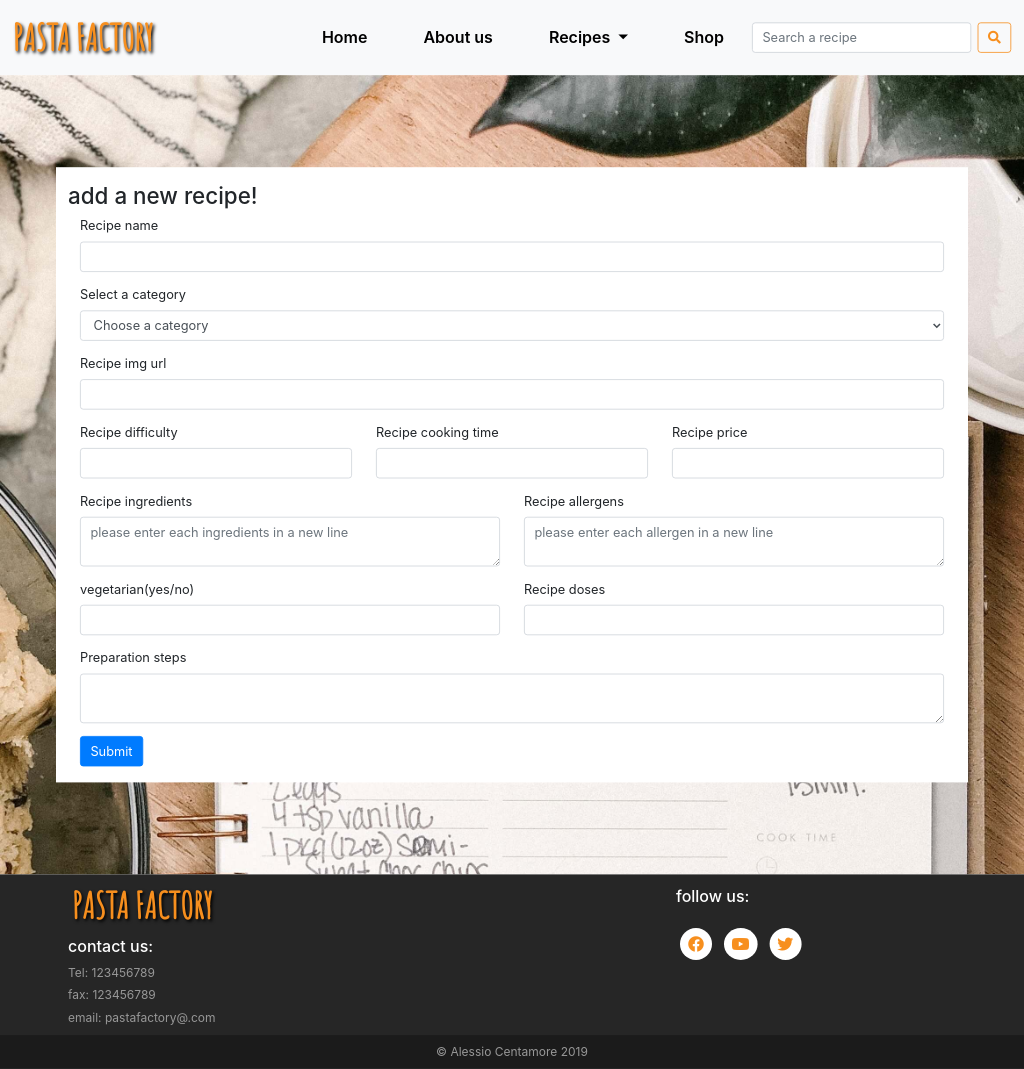
Repository: Baal89/recipe-app
Page: http://localhost/add_recipe
The author's editor kept a record of every edit. The page is drawn from the files as they stood at one moment, then again after the next edit.
The browser window is 1280 px wide. The pictures show the whole page, at 80% of full size.
Backgrounds fixed to the window are drawn as part of the page. Some web libraries are served in a nearby version. The page is served by the project's application, run on Flask 3 (app.py). Queries for data that is not in the repository find no rows.

Above is the page before.

### templates/addrecipes.html
 {% extends 'base.html' %} {% block content %}

<!-- bootstrap form-->

<section class="recipe-container">
    <div class="container recipe-page">
        <h3> add a new recipe!</h3>
        <form action="{{ url_for('insert_recipe') }}" method="POST" class="col-12">
            <div class="row">
                <div class="form-group col-12">
                    <label>Recipe name</label>
                    <input type="text" class="form-control" name="recipe_name" id="recipe_name" required>
                </div>
            </div>
            <div class="row">
                <div class="form-group col-12">
                    <label for="exampleFormControlSelect1">Select a category</label>
                    <select class="form-control" id="category" name="category_name">
                     <option disabled selected>Choose a category</option>
                     {% for cat in categories %}
                         <option value="{{cat.category_name}}">{{cat.category_name}}</option>
                     {% endfor %}
                </select>
                </div>
            </div>
            <div class="row">
                <div class="form-group col-12">
                    <label>Recipe img url</label>
                    <input type="text" class="form-control" name="recipe_img" id="recipe_img" required>
                </div>
            </div>
            <div class="row">
                <div class="form-group col-md-4 col-12">
                    <label>Recipe difficulty</label>
                    <input type="text" class="form-control" name="recipe_difficulty" id="recipe_difficulty" required>
                </div>
                <div class="form-group col-md-4 col-12">
                    <label>Recipe cooking time </label>
                    <input type="text" class="form-control" name="recipe_cooking_time" id="recipe_cooking_time" required>
                </div>
                <div class="form-group col-md-4 col-12">
                    <label>Recipe price</label>
                    <input type="text" class="form-control" name="recipe_price" id="recipe_price" required>
                </div>
            </div>
            <div class="row">
                <div class="form-group col-md-6 col-12">
                    <label>Recipe ingredients</label>
                    <textarea type="textarea" class="form-control" name="recipe_ingredients" id="recipe_ingredients" placeholder="please enter each ingredients in a new line" required></textarea>
                </div>
                <div class="form-group col-md-6 col-12">
                    <label>Recipe allergens</label>
                    <textarea type="textarea" class="form-control" name="recipe_allergens" id="recipe_allergens" placeholder="please enter each allergen in a new line" required></textarea>
                </div>
            </div>
            <div class="row">
                <div class="form-group col-md-6 col-12">
                    <label>vegetarian(yes/no)</label>
                    <input type="text" class="form-control" name="recipe_vegetarian" id="recipe_vegetarian" required>
                </div>
                <div class="form-group col-md-6 col-12">
                    <label>Recipe doses</label>
                    <input type="text" class="form-control" name="recipe_doses" id="recipe_doses" required>
                </div>
            </div>
            <div class="row">
                <div class="form-group col-12">
                    <label>Preparation steps</label>
                    <textarea type="textarea" class="form-control" name="recipe_preparation_steps" id="recipe_preparation_steps" required></textarea>
                </div>
            </div>
            <button type="submit" class="btn btn-primary">Submit</button>
        </form>
    </div>
</section>
{% endblock %}

### templates/base.html
<!DOCTYPE html>
<html lang="en">

<head>
    <meta charset="utf-8">
    <meta name="viewport" content="width=device-width, initial-scale=1, shrink-to-fit=no">
    <link href="https://fonts.googleapis.com/css?family=Amatic+SC&display=swap" rel="stylesheet">
    <link rel="stylesheet" href="https://use.fontawesome.com/releases/v5.8.2/css/all.css" integrity="sha384-oS3vJWv+0UjzBfQzYUhtDYW+Pj2yciDJxpsK1OYPAYjqT085Qq/1cq5FLXAZQ7Ay" crossorigin="anonymous" type="text/css">
    <link href="https://stackpath.bootstrapcdn.com/bootstrap/4.4.1/css/bootstrap.min.css" rel="stylesheet" integrity="sha384-Vkoo8x4CGsO3+Hhxv8T/Q5PaXtkKtu6ug5TOeNV6gBiFeWPGFN9MuhOf23Q9Ifjh" crossorigin="anonymous">
    <link rel="stylesheet" href="{{url_for('static', filename='css/style.css') }}" type="text/css">
    <title>Pasta Factory</title>
</head>

<body>
    <header class="main-header sticky-top">
        <!-- bootsrap navbar -->
        <nav class="navbar navbar-expand-lg navbar-light bg-light">
            <a class="navbar-brand" href="{{ url_for('index') }}"><strong>Pasta Factory</strong></a>
            <button class="navbar-toggler" type="button" data-toggle="collapse" data-target="#navbarNav" aria-controls="navbarNav" aria-expanded="false" aria-label="Toggle navigation">
                <span class="navbar-toggler-icon"></span>
            </button>
            <div class="collapse navbar-collapse justify-content-end" id="navbarNav">
                <ul class="navbar-nav">
                    <li class="nav-item">
                        <a class="nav-link" href="{{url_for('index') }}">Home <span class="sr-only">(current)</span></a>
                    </li>
                    <li class="nav-item">
                        <a class="nav-link" href="{{url_for('about') }}">About us</a>
                    </li>
                    <li class="nav-item dropdown">
                            <a class="nav-link dropdown-toggle" href="#" id="navbarDropdown" role="button" data-toggle="dropdown" aria-haspopup="true" aria-expanded="false">
                              Recipes
                            </a>
                            <div class="dropdown-menu" aria-labelledby="navbarDropdown">
                            <a class="dropdown-item" href="{{url_for('get_recipes') }}">See recipes</a>
                            <a class="dropdown-item" href="{{url_for('add_recipe') }}">Add a recipe</a>
                        </div>
                    </li>
                    <li class="nav-item">
                        <a class="nav-link" href="{{url_for('shop') }}">Shop</a>
                    </li>
                </ul>
                <!--bootstrap search form ----->
                <form class="form-inline search">
                    <input class="form-control mr-sm-2" type="search" placeholder="Search a recipe" aria-label="Search">
                    <button class="btn btn-outline my-2 my-sm-0" type="submit"><i class="fas fa-search"></i></button>
                </form>
            </div>
        </nav>
    </header>

    {% block content %} {% endblock %}

    <footer>
        <div class="container">
            <div class="row">
                <div class="col-md-8 col-12">
                    <a class="navbar-brand" href="{{ url_for('index') }}"><strong>Pasta Factory</strong></a>
                    <h5 class="details-header">contact us:</h5>
                    <p>Tel: 123456789</p>
                    <p>fax: 123456789</p>
                    <p>email: pastafactory@.com</p>
                </div>
                <div class="col-md-4 col-12 social-media">
                    <h5>follow us:</h5>
                    <a href="#">
                        <i class="fab fa-facebook"></i>
                    </a>
                    <a href="#">
                        <i class="fab fa-youtube"></i>
                    </a>
                    <a href="#">
                        <i class="fab fa-twitter"></i>
                    </a>
                </div>
            </div>
        </div>
        <div class="container-fluid">
            <div class="row">
                <div class="col-12 px-0">
                    <p class="text-center credit">&copy; Alessio Centamore 2019</p>
                </div>
            </div>
        </div>
    </footer>

    <script src="https://code.jquery.com/jquery-3.4.1.slim.min.js" integrity="sha384-J6qa4849blE2+poT4WnyKhv5vZF5SrPo0iEjwBvKU7imGFAV0wwj1yYfoRSJoZ+n" crossorigin="anonymous"></script>
    <script src="https://cdn.jsdelivr.net/npm/popper.js@1.16.0/dist/umd/popper.min.js" integrity="sha384-Q6E9RHvbIyZFJoft+2mJbHaEWldlvI9IOYy5n3zV9zzTtmI3UksdQRVvoxMfooAo" crossorigin="anonymous"></script>
    <script src="https://stackpath.bootstrapcdn.com/bootstrap/4.4.1/js/bootstrap.min.js" integrity="sha384-wfSDF2E50Y2D1uUdj0O3uMBJnjuUD4Ih7YwaYd1iqfktj0Uod8GCExl3Og8ifwB6" crossorigin="anonymous"></script>
</body>


</html>

### app.py
import os
from flask import Flask, render_template, redirect, request, url_for
from flask_pymongo import PyMongo
from bson.objectid import ObjectId

app = Flask(__name__)

app.config["MONGO_DBNAME"] = "recipes_app"
app.config["MONGO_URI"] = os.environ.get("MONGO_URI")

mongo = PyMongo(app)

@app.route("/")
def index():
    return render_template("index.html")

@app.route("/get_recipes")
def get_recipes():
    return render_template("recipes.html", recipes = mongo.db.recipes.find().sort("category_name", -1))

app.route("/search")
def search(recipe_name,):
    mongo.db.recipes.find({"$text": {"$search": recipe_name}}).limit(10)
    return render_template("recipes.html")

@app.route("/add_recipe")
def add_recipe():
    return render_template("addrecipes.html", categories=mongo.db.categories.find())

# Add Recipe - Insert Recipe Function
@app.route("/insert_recipe", methods=["POST"])
def insert_recipe():

    ingredients = request.form.get("recipe_ingredients").splitlines()
    allergens = request.form.get("recipe_allergens").splitlines()


    # Recipe JSON object
    submission = {
        "recipe_name": request.form.get("recipe_name"),
        "category_name": request.form.get("category_name"),
        "recipe_img": request.form.get("recipe_img"),
        "recipe_difficulty": request.form.get("recipe_difficulty"),
        "recipe_ingredients": ingredients,
        "recipe_allergens": allergens,
        "recipe_cooking_time": request.form.get("recipe_cooking_time"),
        "recipe_price": request.form.get("recipe_price"),
        "recipe_vegetarian": request.form.get("recipe_vegetarian"),
        "recipe_doses": request.form.get("recipe_doses"),
        "recipe_preparation_steps": request.form.get("recipe_preparation_steps"),
    }

    recipes = mongo.db.recipes
    recipes.insert_one(submission)
    return redirect(url_for("get_recipes"))


# edit recipe - edit recipe function
@app.route("/edit_recipe/<recipe_id>")
def edit_recipe(recipe_id):
    the_recipe = mongo.db.recipes.find_one({"_id" : ObjectId(recipe_id) })
    all_recipes = mongo.db.categories.find()

    return render_template("editrecipes.html", recipes = the_recipe, categories = all_recipes)

 #update recipe - update recipe function
@app.route('/update_recipe/<recipe_id>', methods=["POST"])
def update_recipe(recipe_id):
    recipes = mongo.db.recipes

    ingredients = request.form.get("recipe_ingredients").splitlines()
    allergens = request.form.get("recipe_allergens").splitlines()


    recipes.update( {'_id': ObjectId(recipe_id)},


    {
        "recipe_name": request.form.get("recipe_name"),
        "category_name": request.form.get("category_name"),
        "recipe_img": request.form.get("recipe_img"),
        "recipe_difficulty": request.form.get("recipe_difficulty"),
        "recipe_ingredients": ingredients,
        "recipe_allergens": allergens,
        "recipe_cooking_time": request.form.get("recipe_cooking_time"),
        "recipe_price": request.form.get("recipe_price"),
        "recipe_vegetarian": request.form.get("recipe_vegetarian"),
        "recipe_doses": request.form.get("recipe_doses"),
        "recipe_preparation_steps": request.form.get("recipe_preparation_steps"),
    })
    return redirect("/get_recipes")

@app.route('/delete_recipe/<recipe_id>')
def delete_recipe(recipe_id):
    mongo.db.recipes.remove({'_id': ObjectId(recipe_id)})
    return redirect(url_for('get_recipes'))

@app.route('/about')
def about():
    return render_template('about-us.html')

@app.route('/shop')
def shop():
    return render_template('shop.html')

if __name__=="__main__":
    app.run(host=os.environ.get("IP"),
        port=int(os.environ.get("PORT")),
        debug=True)

### static/css/style.css
/*------------------------------------------------------------ navbar */

.navbar-light .navbar-nav .nav-link {
    font-size: 20px;
    font-weight: 600;
    padding: 0 15px;
    display: block;
    color: black;
    transition: color 0.2s ease-in-out;
    margin: 20px;
}


.navbar-light .navbar-nav .nav-link:hover {
    color: #f78f1e;
}

.navbar-light .navbar-brand {
    color: #f78f1e;
    font-weight: 400;
    text-transform: uppercase;
    text-shadow: 2px 2px 4px #000000;
    font-size: 45px;
    font-family: 'Amatic SC', cursive;
}

.navbar-light .navbar-brand:hover {
    color: #f78f1e;
}

.bg-light .btn {
    color: #f78f1e;
    border: 1px solid #f78f1e;
}

.bg-light .btn:hover {
    color: black;
    border: 1px solid black;
}

@media only screen and (max-width: 600px) {
    .navbar-light .navbar-brand {
        font-size: 30px;
    }
}

@media only screen and (max-width: 1024px) {
    .bg-light .btn {
        display: none;
    }
}

/*-------------------------------------------------------index.html */

/*---------------------------------------------carousel */

.d-md-block {
    text-transform: uppercase;
    padding: 1em;
    position: absolute;
    top: 60%;
    left: 50%;
    margin-right: -50%;
    transform: translate(-50%, -50%);
}

.d-md-block p {
    font-size: 35px;
    text-shadow: 2px 2px #000000;
}

.d-md-block .nav-button {
    border: none;
    color: white;
    background-color: #f78f1e;
    padding: 15px 24px;
    text-align: center;
    text-decoration: none;
    display: inline-block;
    font-size: 16px;
    font-weight: bold;
    transition: color 0.2s ease-in-out;
}

.d-md-block .nav-button:hover {
    color: black;
}

/*-----------------------------------article description*/

.description {
    margin: 70px 0;
    padding: 100px 0;
    background-image: url("../assets/img/tools.jpg");
    background-position: center center;
    background-repeat: no-repeat;
    background-size: cover;
    color: black;
}

.title {
    text-decoration: underline #f78f1e;
    text-transform: uppercase;
    margin-bottom: 30px;
}

.description p {
    font-size: 20px;
    font-weight: 600;
}

@media only screen and (max-width: 768px) {
    .description {
        padding: 20px 0;
    }
}

/*---------------------------------------------cards*/

.card {
    padding: 0;
}

.cards p {
    font-size: 18px;
}

.cards-header {
    margin-bottom: 50px;
    padding-bottom: 50px;
    text-transform: uppercase;
}

.nav-button-cards {
    margin-top: 30px;
    border: 1px solid #f78f1e;
    color: black;
    background-color: white;
    padding: 15px 24px;
    text-align: center;
    text-decoration: none;
    display: inline-block;
    font-size: 16px;
    font-weight: bold;
    transition: background-color 0.2s ease-in-out;
}

.nav-button-cards:hover {
    background-color: #f78f1e;
    color: white;
}


/*-------------------------------------------recipe book*/

.book {
    margin: 30px auto;
    padding: 50px 0;
    width: 50%;
}

.recipe-book {
    margin: 100px auto 25px;
}

recipe-book-header {
    text-transform: uppercase;
}

.recipe-book p {
    font-size: 18px;
}

@media only screen and (max-width: 768px) {
    .book {
        width: 75%;
    }
}

/*----------------------------------------------------------------recipes.html*/

.recipe-container {
    background-image: url("../assets/img/recipe-page.jpg");
    background-position: center;
    background-repeat: no-repeat;
    background-size: cover;
    background-attachment: fixed;
    padding: 75px 15px;
}

.recipe-page {
    background-color: white;
    margin: 40px auto;
    padding: 20px 15px;
}

.recipe-name {
    font-family: 'Amatic SC', cursive;
    font-size: 50px;
}

.recipe-img {
    margin: 35px auto;
}


.recipe-details {
    margin: 100px 0;
}

.recipe-button {
    font-size: 16px;
    margin: 15px 0;
}

.icon {
    width: 8%;
    padding-right: 5px;
}

.ingredients-header {
    font-family: 'Amatic SC', cursive;
    font-size: 40px;
    color: #f78f1e;
}

.recipe-composition {
    display: inline-block;
    text-align: left;
    list-style: none;
}

.recipe-composition li::before {
    content: "\2022";
    color: #f78f1e;
    font-weight: 800;
    display: inline-block;
    width: 1em;
    margin-left: -1em;
}


@media only screen and (max-width: 600px) {
    .recipe-details {
        margin: 25px 0;
        text-align: center;

    }
}

/*-----------------------------------------------------addrecipe.html and editrecipe.html*/

.form-header {
    text-align: center;
    font-family: 'Amatic SC', cursive;
    color: #f78f1e;
    font-size: 50px;
}

.form-page {
    background-color: white;
    margin: 55px auto;
    padding: 35px 0;
}

/*----------------------------------------------------------------footer*/

footer {
    background-color: #262626;
    color: white;
}

footer a {
    padding: 0 5px;
    text-decoration: none;
}

footer i {
    margin-top: 20px;
    font-size: 20px;
    color: #f78f1e;
    background-color: white;
    transition: color 0.2s ease-in-out;
    border-radius: 100%;
    padding: 10px;
}

footer i:hover {
    color: black;
    text-decoration: none;
}


footer p {
    font-size: 15px;
    line-height: 12px;
    color: #989898;
}

.details-header {
    margin-bottom: 15px;
}

.navbar-brand {
    color: #f78f1e;
    font-weight: 400;
    text-transform: uppercase;
    text-shadow: 2px 2px 4px #000000;
    font-size: 45px;
    font-family: 'Amatic SC', cursive;
}

.navbar-brand:hover {
    color: #f78f1e;
}

.social-media {
    margin: 15px auto;
}

.credit {
    background-color: #1b1b1b;
    padding: 15px 0;
    margin: 0;
}

After the next edit:
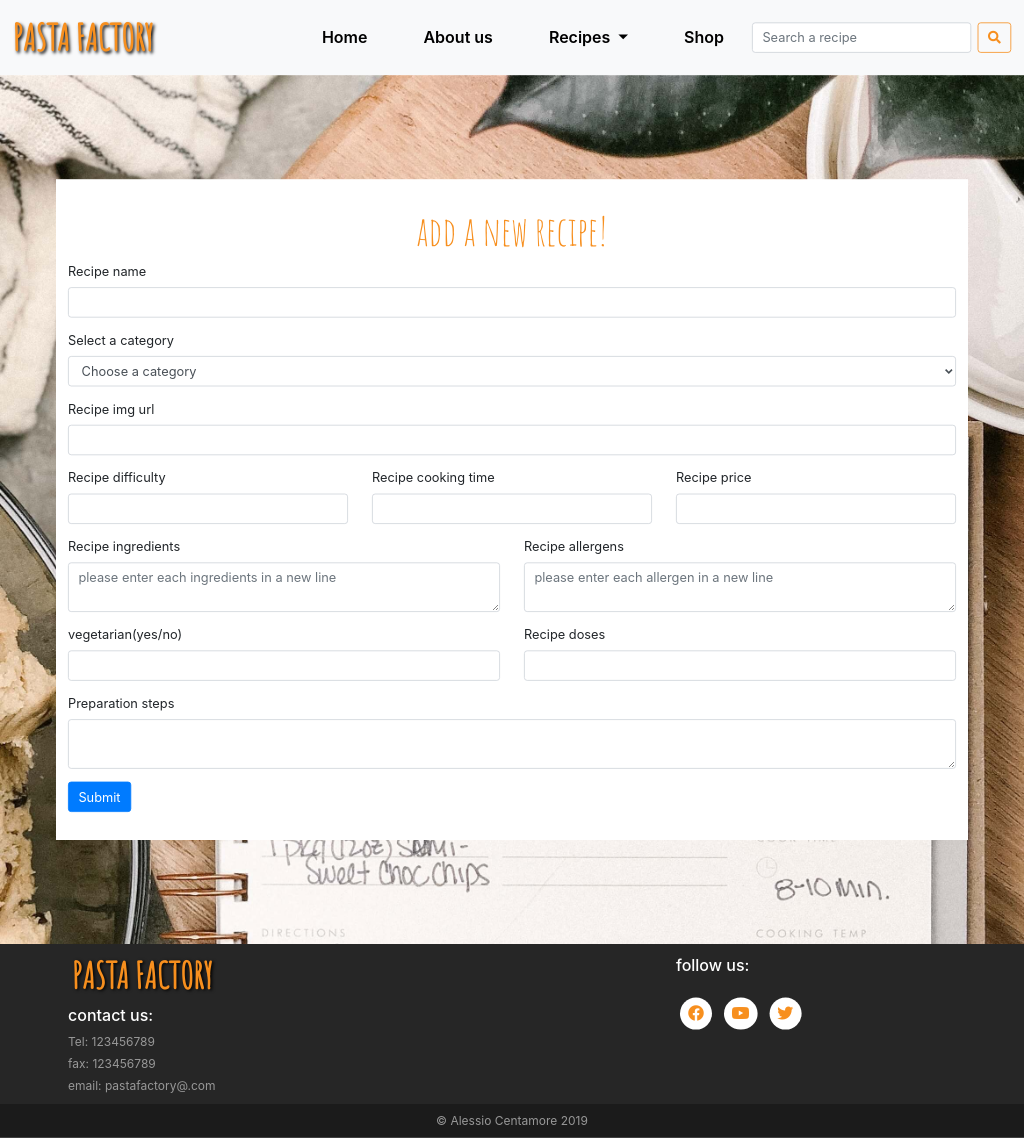
The edit:
--- a/templates/addrecipes.html
+++ b/templates/addrecipes.html
@@ -3,8 +3,8 @@
 <!-- bootstrap form-->
 
 <section class="recipe-container">
-    <div class="container recipe-page">
-        <h3> add a new recipe!</h3>
+    <div class="container form-page">
+        <h3 class="form-header"> add a new recipe!</h3>
         <form action="{{ url_for('insert_recipe') }}" method="POST" class="col-12">
             <div class="row">
                 <div class="form-group col-12">
